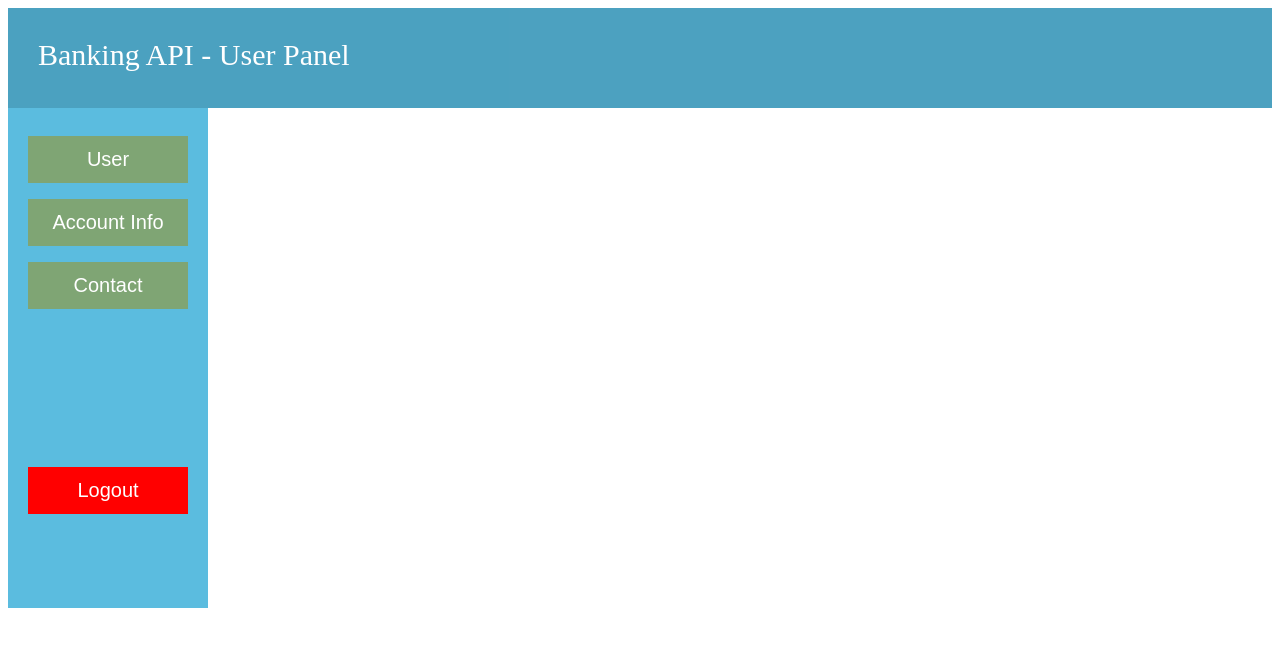
Repository: kennyufish/Revature_ROCP1_Project_Banking_API
Page: banking_api/src/main/webapp/userInfo.html
These files come from the project's save history. The page is drawn as it stood at one moment and after the next save; the edit follows.
The browser window is 1280 px wide. The pictures show the whole page.

Above is the page before, as saved 2020-10-10 22:37:21.

After the next save:
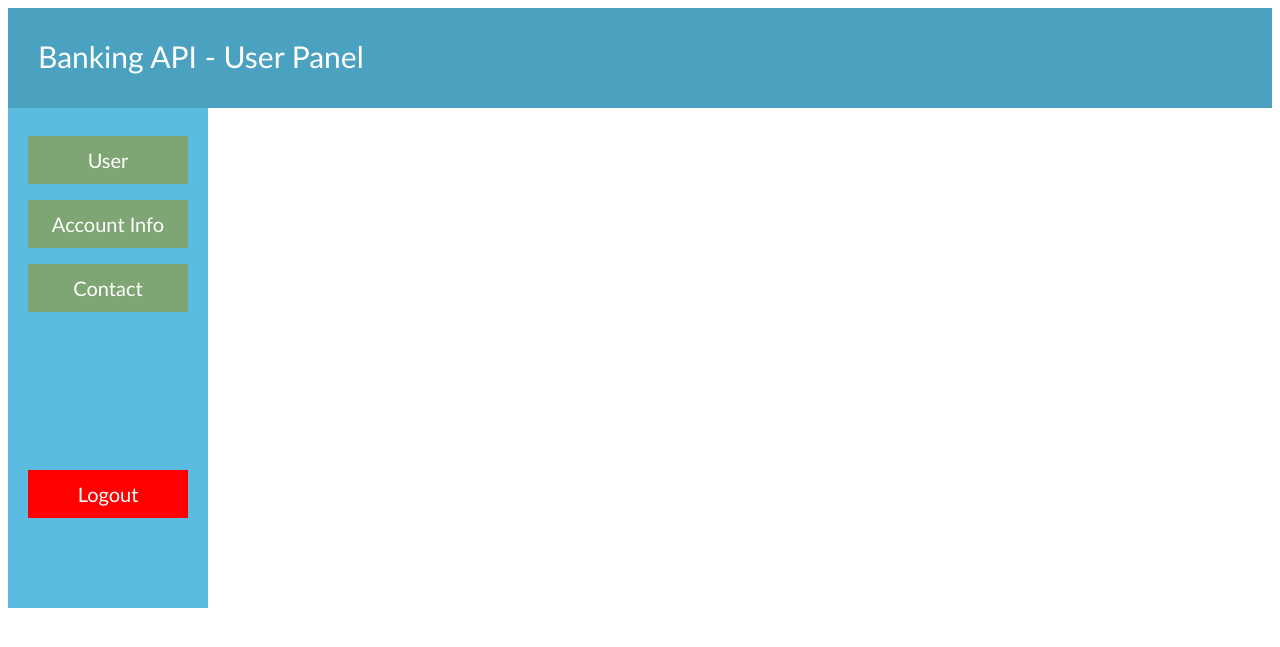
Saved 25 s later.
--- a/banking_api/src/main/webapp/userInfo.html
+++ b/banking_api/src/main/webapp/userInfo.html
@@ -5,6 +5,8 @@
 <meta name="viewport" content="width=device-wirdth, initial-scale=1">
 <style>
 * {
+
+font-family: "Trebuchet MS", Arial, Helvetica, sans-serif;
 	box-sizing: border-box;
 	font-size: 20px;
 }
